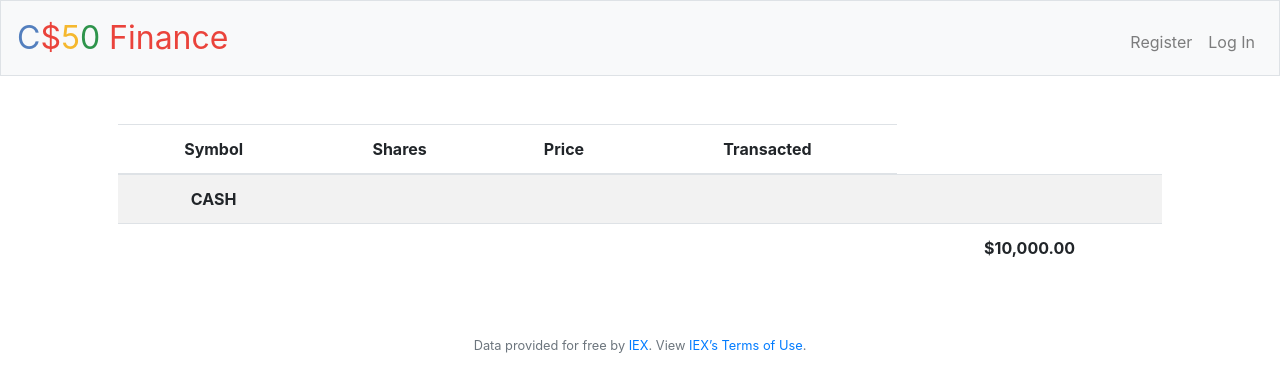
Repository: tavrora/cs50_ide
Page: pset8/finance/templates/history.html
The author's editor kept a record of every edit. The page is drawn from the files as they stood at one moment, then again after the next edit.
The browser window is 1280 px wide. The pictures show the whole page.
The template is drawn by Flask 3. The application's start-up code is not run. The template is opened directly, without the code that normally fills it, so the values that code supplies are empty.

Above is the page before.

After the next edit:
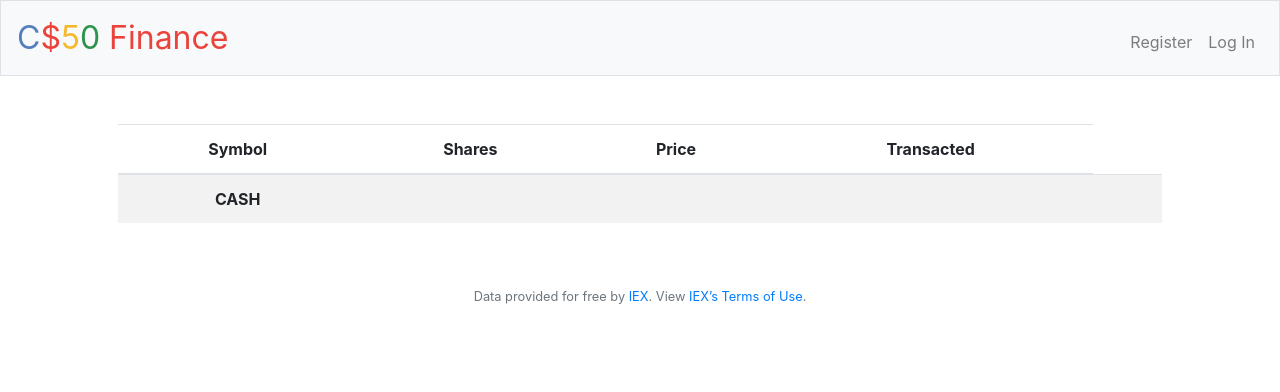
The edit:
--- a/pset8/finance/templates/history.html
+++ b/pset8/finance/templates/history.html
@@ -14,12 +14,6 @@
                 <th scope="col">Transacted</th>
             </tr>
         </thead>
-        <tfoot>
-            <tr>
-                <td colspan="4"></td>
-                <td><b>$10,000.00</b></td>
-            </tr>
-        </tfoot>
         <tbody>
 
             {% for info in infoView %}
